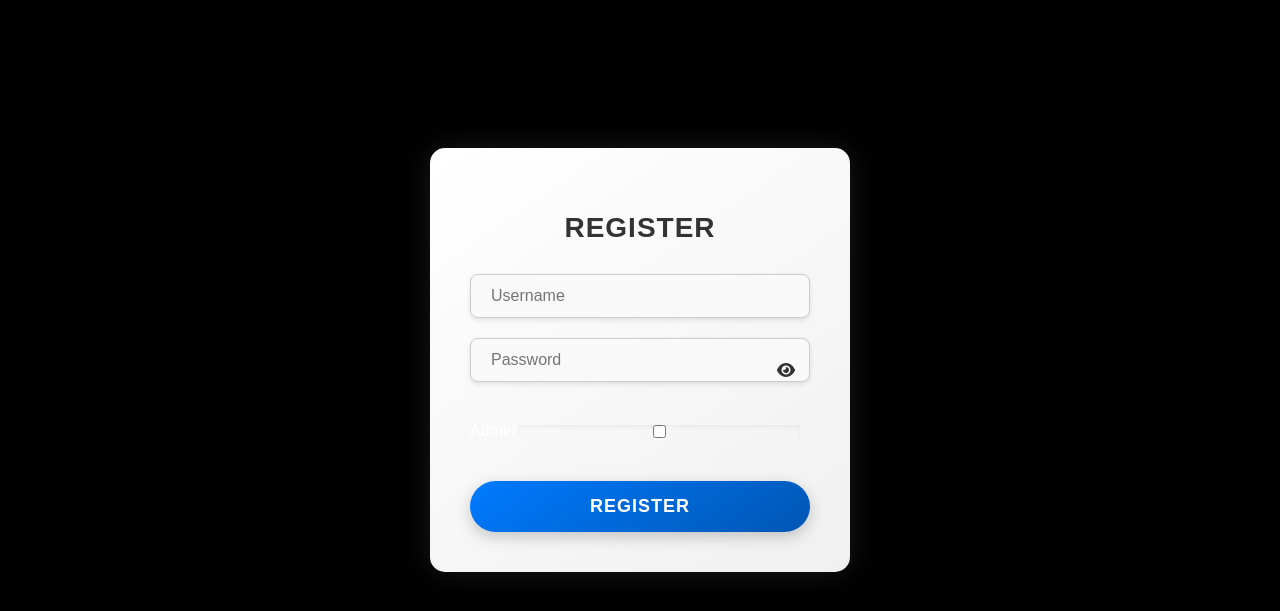
Repository: mdmisri/needy-talk
Page: /register (app in frontend/talk-d1/)
An editor plug-in stored every save of this project. The page is shown before and after the next save, followed by the edit.
The browser window is 1280 px wide. The pictures show the whole page.
The page's requests for data from a server got no answer. The project was rebuilt for these pictures with package versions that can differ from the ones it lists, and the page was loaded fresh each time. No one was signed in, and anything a server would have sent is missing. Also part of the build but not shown: frontend/talk-d1/src/components/Login/Login.js, frontend/talk-d1/src/conversationUtils.js, frontend/talk-d1/src/hooks/useConversation.js, frontend/talk-d1/src/components/Chat/styles/Message.css, frontend/talk-d1/src/components/Chat/Message.js, frontend/talk-d1/src/components/Chat/ChatBox.js, frontend/talk-d1/src/components/Chat/AdminChatBox.js, frontend/talk-d1/src/components/Chat/AdminSelection.js and 1 more.

Above is the page before, as saved 2024-07-31 01:15:46.

### frontend/talk-d1/public/index.html
<!DOCTYPE html>
<html lang="en">
  <head>
    <meta charset="utf-8" />
    <link rel="icon" href="%PUBLIC_URL%/favicon.ico" />
    <meta name="viewport" content="width=device-width, initial-scale=1" />
    <meta name="theme-color" content="#000000" />
    <meta
      name="description"
      content="Web site created using create-react-app"
    />
    <link rel="stylesheet" href="https://cdnjs.cloudflare.com/ajax/libs/font-awesome/6.0.0-beta3/css/all.min.css" integrity="sha512-5+AbuZZQn05E11w0BqO1D+efLPiYW/j9NPtG7MZhvxXlBjsV3CSCTG3kKmrRh5V7sFDR5ChauD7F1VRr8Dy/8Q==" crossorigin="anonymous" referrerpolicy="no-referrer" />
    <link rel="apple-touch-icon" href="%PUBLIC_URL%/logo192.png" />
    <!--
      manifest.json provides metadata used when your web app is installed on a
      user's mobile device or desktop. See https://developers.google.com/web/fundamentals/web-app-manifest/
    -->
    <link rel="manifest" href="%PUBLIC_URL%/manifest.json" />
    <!--
      Notice the use of %PUBLIC_URL% in the tags above.
      It will be replaced with the URL of the `public` folder during the build.
      Only files inside the `public` folder can be referenced from the HTML.

      Unlike "/favicon.ico" or "favicon.ico", "%PUBLIC_URL%/favicon.ico" will
      work correctly both with client-side routing and a non-root public URL.
      Learn how to configure a non-root public URL by running `npm run build`.
    -->
    <title>React App</title>
  </head>
  <body>
    <noscript>You need to enable JavaScript to run this app.</noscript>
    <div id="root"></div>
    <!--
      This HTML file is a template.
      If you open it directly in the browser, you will see an empty page.

      You can add webfonts, meta tags, or analytics to this file.
      The build step will place the bundled scripts into the <body> tag.

      To begin the development, run `npm start` or `yarn start`.
      To create a production bundle, use `npm run build` or `yarn build`.
    -->
  </body>
</html>

### frontend/talk-d1/src/index.js
import React from 'react';
import ReactDOM from 'react-dom/client';
import './index.css';
import App from './App';
import { BrowserRouter } from 'react-router-dom';

const root = ReactDOM.createRoot(document.getElementById('root'));
root.render(
  <React.StrictMode>
    <BrowserRouter>
    <App />
    </BrowserRouter>
  </React.StrictMode>
);

// If you want to start measuring performance in your app, pass a function
// to log results (for example: reportWebVitals(console.log))
// or send to an analytics endpoint. Learn more: https://bit.ly/CRA-vitals

### frontend/talk-d1/src/App.js
import React, { useState, useEffect } from 'react';
import { Routes, Route, useNavigate } from 'react-router-dom';
import Login from './components/Login/Login';
import Register from './components/Register/Register';
import ChatBox from './components/Chat/ChatBox';
import AdminChatBox from './components/Chat/AdminChatBox';
import ChatStart from './components/Chat/ChatStart';
import AdminSelection from './components/Chat/AdminSelection';
import socket from './components/Chat/socket';

const App = () => {
    const [user, setUser] = useState(null);
    const [username, setUsername] = useState('');
    const [isAdmin, setIsAdmin] = useState(false);
    const [adminUsername, setAdminUsername] = useState(null);
    const [redirectToChat, setRedirectToChat] = useState(false);
    const navigate = useNavigate();

    useEffect(() => {
        const handleBeforeUnload = () => {
            if (username) {
                socket.emit('userOffline', username);
            }
        };

        window.addEventListener('beforeunload', handleBeforeUnload);

        return () => {
            window.removeEventListener('beforeunload', handleBeforeUnload);
        };
    }, [username]);

    useEffect(() => {
        if (user) {
            if (isAdmin) {
                navigate('/admin-chat');
            } else if (redirectToChat) {
                navigate(`/chat/${adminUsername}`);
            } else {
                navigate('/home');
            }
        }
    }, [user, isAdmin, redirectToChat, adminUsername, navigate]);

    const handleLogout = () => {
        socket.emit('userOffline', username);
        setUser(null);
        setUsername('');
        setIsAdmin(false);
        setAdminUsername(null);
        setRedirectToChat(false);
        navigate('/login');
    };

    const handleAdminSelection = (selectedAdminUsername) => {
        setAdminUsername(selectedAdminUsername);
        setRedirectToChat(true);
    };

    return (
        <div>
            <Routes>
                <Route path="/login" element={<Login setUser={setUser} setUsername={setUsername} setIsAdmin={setIsAdmin} />} />
                <Route path="/register" element={<Register />} />
                {/* Route for admin selection */}
                <Route path="/home" element={!isAdmin ? <ChatStart username={username} onAdminSelect={handleAdminSelection} /> : <AdminChatBox adminUsername={username} handleAdminSelection={handleAdminSelection} />} />
                {/* Route for admin chat box */}
                <Route path="/admin-chat" element={<AdminChatBox adminUsername={username} handleAdminSelection={handleAdminSelection} />} />
                {/* Route for user chat box */}
                <Route path="/chat/:receiverUsername" element={<ChatBox senderUsername={username} />} />
            </Routes>
            {user && <button onClick={handleLogout}>Logout</button>}
        </div>
    );
};

export default App;

### frontend/talk-d1/src/components/Register/Register.js
import React, { useState } from 'react';
import axios from 'axios';
import { useNavigate } from 'react-router-dom';
import { FontAwesomeIcon } from '@fortawesome/react-fontawesome';
import { faEye, faEyeSlash } from '@fortawesome/free-solid-svg-icons';
import "./Register.css";

const Register = () => {
    const [username, setUsername] = useState('');
    const [password, setPassword] = useState('');
    const [isAdmin, setIsAdmin] = useState(false);
    const [message, setMessage] = useState('');
    const [showPassword, setShowPassword] = useState(false);
    const navigate = useNavigate();

    const handleRegister = async (e) => {
        e.preventDefault();
        try {
            await axios.post('http://localhost:3010/api/auth/register', {
                username,
                password,
                isAdmin,
            });
            setMessage('User registered successfully');
            navigate('/login');
        } catch (err) {
            setMessage('Error registering user');
        }
    };

    const togglePasswordVisibility = () => {
        setShowPassword(!showPassword);
    };

    return (
        <div className="form-container">
            <h2>Register</h2>
            {message && <p>{message}</p>}
            <form onSubmit={handleRegister}>
                <input
                    type="text"
                    value={username}
                    onChange={(e) => setUsername(e.target.value)}
                    placeholder="Username"
                    required
                />
                <div className="password-container">
                    <input
                        type={showPassword ? "text" : "password"}
                        value={password}
                        onChange={(e) => setPassword(e.target.value)}
                        placeholder="Password"
                        required
                    />
                    <FontAwesomeIcon
                        icon={showPassword ? faEyeSlash : faEye}
                        onClick={togglePasswordVisibility}
                        className="password-toggle-icon"
                    />
                </div>
                <div className="checkbox-container">
                    <label className="admin-text">Admin</label>
                    <input
                        type="checkbox"
                        checked={isAdmin}
                        onChange={() => setIsAdmin(!isAdmin)}
                    />
                </div>
                <button type="submit">Register</button>
            </form>
        </div>
    );
};

export default Register;

### frontend/talk-d1/src/components/Chat/socket.js
// socket.js
import io from 'socket.io-client';

const socket = io('http://localhost:3010');

export default socket;

### frontend/talk-d1/src/components/Login/Login.css
body, html {
    margin: 0;
    padding: 0;
    height: 100%;
    background-color: #000000; /* Set the background color to black */
    display: flex;
    justify-content: center;
    align-items: center;
    font-family: 'Arial', sans-serif;
}

.login-container {
    width: 340px;
    padding: 40px;
    background: linear-gradient(145deg, #ffffff, #f0f0f0);
    box-shadow: 0 0 30px rgba(255, 255, 255, 0.1);
    border-radius: 15px;
    text-align: center;
}

.login-container h2 {
    margin-bottom: 30px;
    color: #333;
    font-size: 28px;
    font-weight: 600;
    text-transform: uppercase;
    letter-spacing: 1px;
}

.login-container input[type="text"],
.login-container input[type="password"] {
    width: calc(100% - 40px); /* Adjust width to account for padding */
    margin-bottom: 20px;
    padding: 12px 20px; /* Adjust padding for better spacing */
    border: 1px solid #ccc; /* Add a subtle border */
    border-radius: 8px; /* Less rounded for a more modern look */
    background: #f9f9f9;
    box-shadow: 0 2px 5px rgba(0, 0, 0, 0.1); /* Subtle outer shadow */
    font-size: 16px;
    transition: all 0.3s ease;
    outline: none; /* Remove default outline */
}

.login-container input[type="text"]:focus,
.login-container input[type="password"]:focus {
    border-color: #007BFF; /* Highlight border color on focus */
    box-shadow: 0 0 5px rgba(0, 123, 255, 0.5); /* Add glow effect on focus */
    background: #fff; /* Ensure background is clear on focus */

}

.login-container button {
    width: 100%;
    padding: 15px;
    background: linear-gradient(145deg, #007bff, #0056b3);
    color: #fff;
    border: none;
    border-radius: 50px;
    cursor: pointer;
    font-size: 18px;
    font-weight: 600;
    text-transform: uppercase;
    letter-spacing: 1px;
    transition: all 0.3s ease;
    box-shadow: 0 5px 15px rgba(0, 0, 0, 0.2);
}

.login-container button:hover {
    background: linear-gradient(145deg, #0056b3, #004494);
    transform: translateY(-3px);
    box-shadow: 7px 7px 15px #d9d9d9, -7px -7px 15px #ffffff;
}

.login-container button:active {
    transform: translateY(0);
    box-shadow: 3px 3px 5px #d9d9d9, -3px -3px 5px #ffffff;
}

### frontend/talk-d1/src/components/Register/Register.css
body, html {
    margin: 0;
    padding: 0;
    height: 100%;
    background-color: #000000;
    display: flex;
    justify-content: center;
    align-items: center;
    font-family: 'Arial', sans-serif;
}

.form-container {
    width: 340px;
    padding: 40px;
    background: linear-gradient(145deg, #ffffff, #f0f0f0);
    box-shadow: 0 0 30px rgba(255, 255, 255, 0.1);
    border-radius: 15px;
    text-align: center;
}

.form-container h2 {
    margin-bottom: 30px;
    color: #333;
    font-size: 28px;
    font-weight: 600;
    text-transform: uppercase;
    letter-spacing: 1px;
}

.form-container input[type="text"],
.form-container input[type="password"],
.form-container input[type="email"] {
    width: 100%;
    margin-bottom: 20px;
    padding: 12px 20px;
    border: 1px solid #ccc;
    border-radius: 8px;
    background: #f9f9f9;
    box-shadow: 0 2px 5px rgba(0, 0, 0, 0.1);
    font-size: 16px;
    transition: all 0.3s ease;
    outline: none;
    box-sizing: border-box;
}

.form-container input[type="text"]:focus,
.form-container input[type="password"]:focus,
.form-container input[type="email"]:focus {
    border-color: #007BFF;
    box-shadow: 0 0 5px rgba(0, 123, 255, 0.5);
    background: #fff;
}

.form-container .password-container {
    position: relative;
    width: 100%;
    margin-bottom: 20px;
}

.form-container .password-container input[type="password"],
.form-container .password-container input[type="text"] {
    width: 100%;
    padding-right: 40px;
}

.form-container .password-toggle-icon {
    position: absolute;
    right: 15px;
    top: 50%;
    transform: translateY(-50%);
    cursor: pointer;
    color: #333;
    transition: color 0.3s ease;
}

.form-container .password-toggle-icon:hover {
    color: #007BFF;
}

.form-container .checkbox-container {
    display: flex;
    align-items: center;
    justify-content: flex-start;
    margin-bottom: 20px;
    font-size: 16px;
}

.form-container .checkbox-container input[type="checkbox"] {
    margin-right: 10px;
    cursor: pointer;
}

.form-container button {
    width: 100%;
    padding: 15px;
    background: linear-gradient(145deg, #007bff, #0056b3);
    color: #fff;
    border: none;
    border-radius: 50px;
    cursor: pointer;
    font-size: 18px;
    font-weight: 600;
    text-transform: uppercase;
    letter-spacing: 1px;
    transition: all 0.3s ease;
    box-shadow: 0 5px 15px rgba(0, 0, 0, 0.2);
    margin-top: 20px;
}

.form-container button:hover {
    background: linear-gradient(145deg, #0056b3, #004494);
    transform: translateY(-3px);
    box-shadow: 0 7px 20px rgba(0, 0, 0, 0.3);
}

.form-container button:active {
    transform: translateY(0);
    box-shadow: 0 3px 10px rgba(0, 0, 0, 0.2);
}

### frontend/talk-d1/src/components/Chat/styles/ChatBox.css
.chatbox {
    display: flex;
    flex-direction: column;
    height: 100vh;
    width: 400px;
    position: fixed; /* Fixed position */
    bottom: 0; /* Align to the bottom of the viewport */
    right: 0; /* Align to the right of the viewport */
    border: none; /* Removed border for a cleaner look */
    border-radius: 12px;
    box-shadow: 0 4px 20px rgba(0, 0, 0, 0.1);
    background-color: #ffffff; /* Changed to pure white for a cleaner design */
    overflow: hidden;
    font-family: 'Segoe UI', Tahoma, Geneva, Verdana, sans-serif; /* Updated font for modern feel */
}

.messages {
    flex: 1;
    padding: 20px;
    overflow-y: auto;
    background-color: #f9f9f9; /* Slightly off-white for contrast */
    border-top-left-radius: 12px;
    border-top-right-radius: 12px;
}

.messages div {
    margin-bottom: 12px;
    padding: 12px 16px;
    border-radius: 20px; /* More rounded corners */
    max-width: 75%;
    line-height: 1.5; /* Improved line height for readability */
    font-size: 15px; /* Slightly larger font size */
    transition: background-color 0.3s; /* Smooth background transition */
}

.sent {
    align-self: flex-end;
    background-color: #e1f5fe; /* Light blue for sent messages */
    color: #333;
}

.received {
    align-self: flex-start;
    background-color: #ffffff; /* White background for received messages */
    border: 1px solid #e0e0e0;
    color: #333;
}

.input-container {
    display: flex;
    padding: 10px;
    border-top: 1px solid #e0e0e0;
    background-color: #ffffff;
    box-shadow: 0 -2px 4px rgba(0, 0, 0, 0.1);
}

input {
    flex: 1;
    padding: 12px 20px;
    border: 2px solid #e0e0e0; /* Thicker border for input */
    border-radius: 25px;
    font-size: 15px; /* Increased font size */
    margin-right: 10px;
    box-shadow: inset 0 2px 4px rgba(0, 0, 0, 0.05);
    transition: border-color 0.3s, box-shadow 0.3s; /* Added transition for shadow */
}

input:focus {
    outline: none;
    border-color: #007bff; /* Blue border on focus */
    box-shadow: 0 0 5px rgba(0, 123, 255, 0.5);
}

button {
    padding: 12px 20px;
    border: none;
    border-radius: 25px; /* Added border-radius for button */
    background-color: #007bff; /* Blue background for button */
    color: #ffffff; /* White text for button */
    font-size: 15px; /* Increased font size */
    cursor: pointer;
    transition: background-color 0.3s; /* Smooth background transition */
}

button:hover {
    background-color: #0056b3; /* Darker blue on hover */
}

### frontend/talk-d1/src/components/Chat/styles/AdminChatBox.css
/* Container for the login form */
.login-container {
    max-width: 300px;
    margin: 50px auto;
    padding: 30px;
    background: #ffffff;
    border-radius: 20px;
    box-shadow: 0 10px 30px rgba(0, 0, 0, 0.1);
    text-align: center;
}

/* Heading for the login form */
.login-container h2 {
    margin-bottom: 20px;
    color: #333;
    font-size: 24px;
    font-weight: 700;
}

/* Error message styling */
.login-container .error {
    color: #ff3e3e;
    margin-bottom: 15px;
    font-size: 14px;
    font-weight: 500;
}

/* Input fields for username and password */
.login-container input[type="text"],
.login-container input[type="password"] {
    width: 100%;
    margin-bottom: 15px;
    padding: 12px 15px;
    border: 2px solid #e0e0e0;
    border-radius: 10px;
    background: #f8f8f8;
    font-size: 16px;
    transition: all 0.3s ease;
}

/* Focus state for input fields */
.login-container input[type="text"]:focus,
.login-container input[type="password"]:focus {
    outline: none;
    border-color: #007bff;
    background: #ffffff;
    box-shadow: 0 0 0 5px rgba(0, 123, 255, 0.1);
}

/* Button styling */
.login-container button {
    width: 100%;
    padding: 12px;
    background: #007bff;
    color: #fff;
    border: none;
    border-radius: 10px;
    cursor: pointer;
    font-size: 16px;
    font-weight: 600;
    text-transform: uppercase;
    letter-spacing: 1px;
    transition: all 0.3s ease;
    margin-top: 10px;
}

/* Hover state for button */
.login-container button:hover {
    background: #0056b3;
    transform: translateY(-3px);
    box-shadow: 0 5px 15px rgba(0, 86, 179, 0.3);
}

/* Active state for button */
.login-container button:active {
    transform: translateY(0);
    box-shadow: none;
}

/* Responsive design for smaller screens */
@media (max-width: 480px) {
    .login-container {
        padding: 20px;
    }
}

/* AdminChatBox.css */
.admin-chat-container {
    display: flex;
    height: 100vh; /* Full viewport height */
    width: 100vw; /* Full viewport width */
    font-family: Arial, sans-serif;
    overflow: hidden;
    background-color: #f0f0f0; /* Light background for contrast */
    box-sizing: border-box; /* Ensure padding and border are included in the element's total width and height */
}

.user-tabs {
    width: 250px; /* Fixed width for the tabs */
    background-color: #e0e0e0;
    border-right: 1px solid #ccc;
    overflow-y: auto; /* Allow vertical scrolling */
    padding: 10px;
    flex-shrink: 0; /* Prevents shrinking */
    box-sizing: border-box; /* Ensure padding and border are included in the element's total width and height */
}

.user-tab {
    padding: 10px;
    cursor: pointer;
    display: flex;
    justify-content: space-between;
    align-items: center;
    border-radius: 5px;
    transition: background-color 0.3s ease;
    margin-bottom: 5px;
    background-color: #f5f5f5;
    color: #333; /* Dark text for contrast */
}

.user-tab:hover {
    background-color: #d0d0d0;
}

.user-tab.active {
    background-color: #007bff;
    color: white;
}

.chat-box {
    flex: 1; /* Take up remaining space */
    display: flex;
    flex-direction: column;
    padding: 10px;
    background-color: #fff;
    overflow: hidden; /* Prevent overflow */
    box-sizing: border-box; /* Ensure padding and border are included in the element's total width and height */
}

.messages {
    flex: 1; /* Take up remaining space in chat box */
    overflow-y: auto; /* Enable vertical scrolling for messages */
    padding: 10px;
    display: flex;
    flex-direction: column; /* Align messages to the bottom */
}

.typing-indicator {
    font-style: italic;
    color: #666;
    margin: 5px 0;
}

.input-area {
    display: flex; /* Flexbox for input and button */
    align-items: center; /* Center items vertically */
    padding: 10px; /* Add padding to input area */
    background-color: #fff; /* Ensure background color is consistent */
    border-top: 1px solid #ccc; /* Add a border on top */
    flex-shrink: 0; /* Prevent input area from shrinking */
    box-sizing: border-box; /* Ensure padding and border are included in the element's total width and height */
}

input[type="text"] {
    flex: 1; /* Allow input to take available space */
    padding: 10px;
    margin-right: 10px;
    border: 1px solid #ccc;
    border-radius: 5px;
    outline: none;
    transition: border-color 0.3s ease;
}

input[type="text"]:focus {
    border-color: #007bff; /* Change border color on focus */
}

button {
    padding: 10px 20px;
    background-color: #007bff;
    color: white;
    border: none;
    border-radius: 5px;
    cursor: pointer;
    transition: background-color 0.3s ease;
    white-space: nowrap;
}

button:hover {
    background-color: #0056b3; /* Darken button on hover */
}

/* Styles for the "Select a user to start chatting" message */
.chat-box > div {
    display: flex;
    justify-content: center; /* Centered message */
    align-items: center;
    height: 100%; /* Full height */
    font-size: 18px;
    color: #666;
}

/* Responsive Design */
@media (max-width: 768px) {
    .admin-chat-container {
        flex-direction: column; /* Stack vertically on smaller screens */
    }

    .user-tabs {
        width: 100%; /* Full width on mobile */
        height: 30vh; /* 30% height for user tabs */
        border-right: none;
        border-bottom: 1px solid #ccc; /* Border below tabs */
    }

    .chat-box {
        height: 70vh; /* 70% height for chat box */
    }

    .input-area {
        flex-direction: column; /* Stack input and button */
        padding: 0; /* Remove padding */
    }

    input[type="text"] {
        width: 100%; /* Full width on mobile */
        margin-right: 0; /* No margin right */
        margin-bottom: 10px; /* Margin below input */
        height: 50px;
    }

    button {
        width: 100%; /* Full width button */
    }
}

.message {
    margin-bottom: 10px;
    padding: 5px 10px;
    border-radius: 5px;
}

.message.admin {
    background-color: #e6f2ff; /* Light blue for admin messages */
    align-self: flex-end; /* Align admin messages to the right */
}

.message.user {
    background-color: #f0f0f0; /* Light gray for user messages */
    align-self: flex-start; /* Align user messages to the left */
}

### frontend/talk-d1/src/components/Chat/styles/AdminSelection.css
body, html {
    margin: 0;
    padding: 0;
    height: 100%;
    background-color: #000000; /* Set the background color to black */
    font-family: 'Arial', sans-serif;
    color: white; /* Set default text color to white */
}

.admin-selection-container {
    display: flex;
    flex-direction: column; /* Stack the heading above the cards */
    justify-content: center;
    align-items: center;
    height: 100vh;
    text-align: center; /* Center the heading text */
}

.admin-selection-container h2 {
    margin-bottom: 20px; /* Add some space below the heading */
    color: white; /* Ensure the heading text is white */
}

.cards-wrapper {
    display: flex; /* Display the cards in a row */
    justify-content: center; /* Center the cards horizontally */
}

.card {
    background-color: white; /* Set the background color of the card to white */
    color: black; /* Set the text color inside the card to black */
    margin: 10px 20px;
    padding: 20px;
    border: 1px solid #ccc;
    border-radius: 10px;
    text-align: center;
    cursor: pointer;
    transition: transform 0.2s;
}

.card:hover {
    transform: scale(1.05);
}

.card h3 {
    margin: 0;
    color: black; /* Ensure the card header text is black */
}

.card-icon {
    font-size: 40px;
    margin-bottom: 10px;
}

Loaded but not shown: frontend/talk-d1/src/index.css (no stored copy; drawn as an empty file)

After the next save:
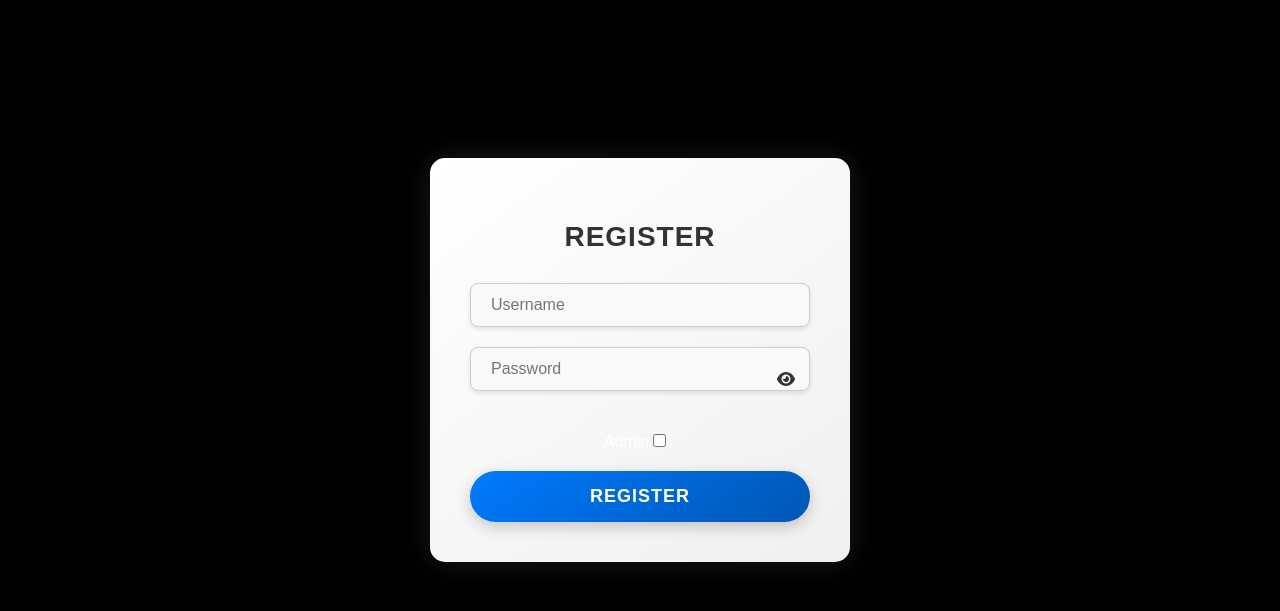
Saved 32 s later.
--- a/frontend/talk-d1/src/components/Register/Register.css
+++ b/frontend/talk-d1/src/components/Register/Register.css
@@ -77,7 +77,7 @@ body, html {
     color: #007BFF;
 }
 
-.form-container .checkbox-container {
+/* .form-container .checkbox-container {
     display: flex;
     align-items: center;
     justify-content: flex-start;
@@ -88,7 +88,7 @@ body, html {
 .form-container .checkbox-container input[type="checkbox"] {
     margin-right: 10px;
     cursor: pointer;
-}
+} */
 
 .form-container button {
     width: 100%;
